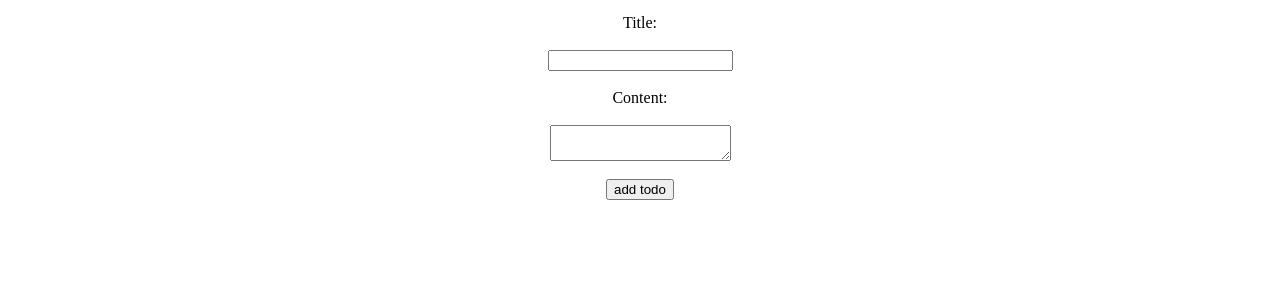
Repository: gabe126679/todo-list
Page: index.html
These files come from the project's save history. The page is drawn as it stood at one moment and after the next save; the edit follows.
The browser window is 1280 px wide. The page is 1280 px wide, then 1288 px, so the pictures cover 1288 px, including what lies to the right of the window. The pictures show the whole page.

Above is the page before, as saved 2022-03-15 15:42:08.

After the next save:
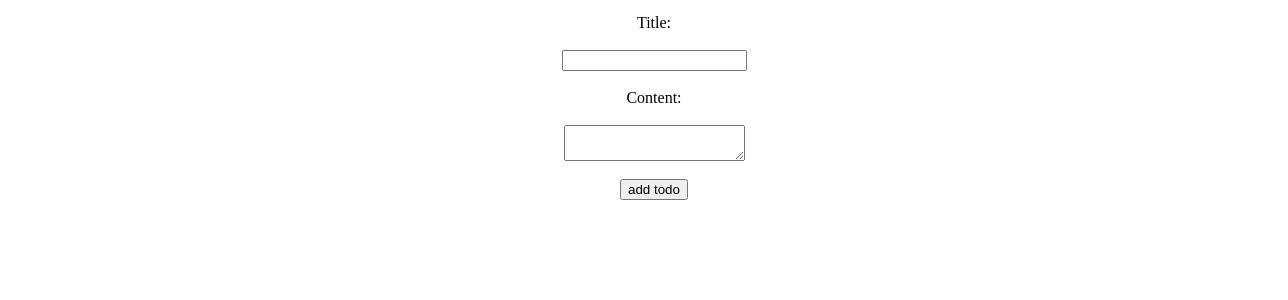
Saved 70 s later.
--- a/index.html
+++ b/index.html
@@ -26,6 +26,9 @@
             margin: 12px;
             padding: 2px;
             text-align: center;
+            position: relatve;
+            top: 50px;
+            width: 100%;
         }
     </style>
 </html>
